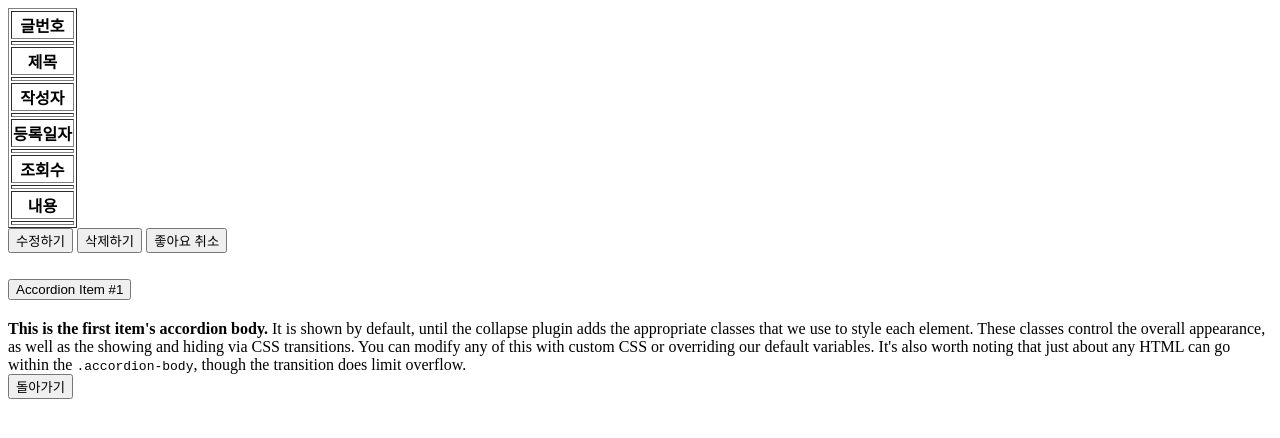
Repository: WoodongMaster/JSP_Workspace
Page: http://localhost/jsp_project/board/post.jsp
These files come from the project's save history. The page is drawn as it stood at one moment and after the next save; the edit follows.
The browser window is 1280 px wide. The pictures show the whole page.
The page is served by Tomcat 9. The template is opened directly, without the code that normally fills it, so the values that code supplies are empty.

Above is the page before, as saved 2023-05-19 02:08:08.

After the next save:
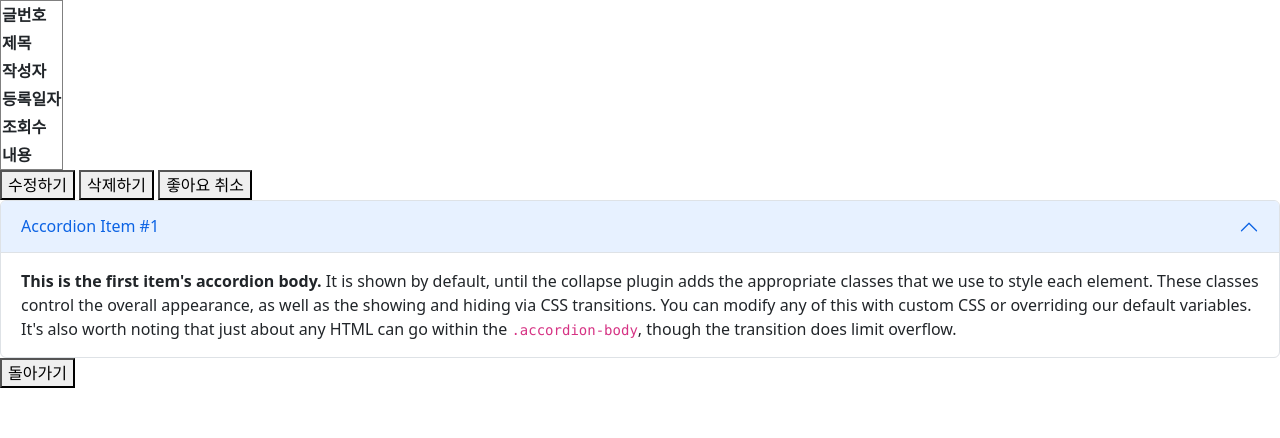
Saved 25 s later.
--- a/jsp_project3/jsp_project/src/main/webapp/board/post.jsp
+++ b/jsp_project3/jsp_project/src/main/webapp/board/post.jsp
@@ -1,6 +1,8 @@
 <%@ page language="java" contentType="text/html; charset=UTF-8"
 	pageEncoding="UTF-8"%>
 <%@ taglib uri="http://java.sun.com/jsp/jstl/core" prefix="c"%>
+<!-- CSS only -->
+<link href="https://cdn.jsdelivr.net/npm/bootstrap@5.2.3/dist/css/bootstrap.min.css" rel="stylesheet" integrity="sha384-rbsA2VBKQhggwzxH7pPCaAqO46MgnOM80zW1RWuH61DGLwZJEdK2Kadq2F9CUG65" crossorigin="anonymous">
 <!DOCTYPE html>
 <html>
 <head>
